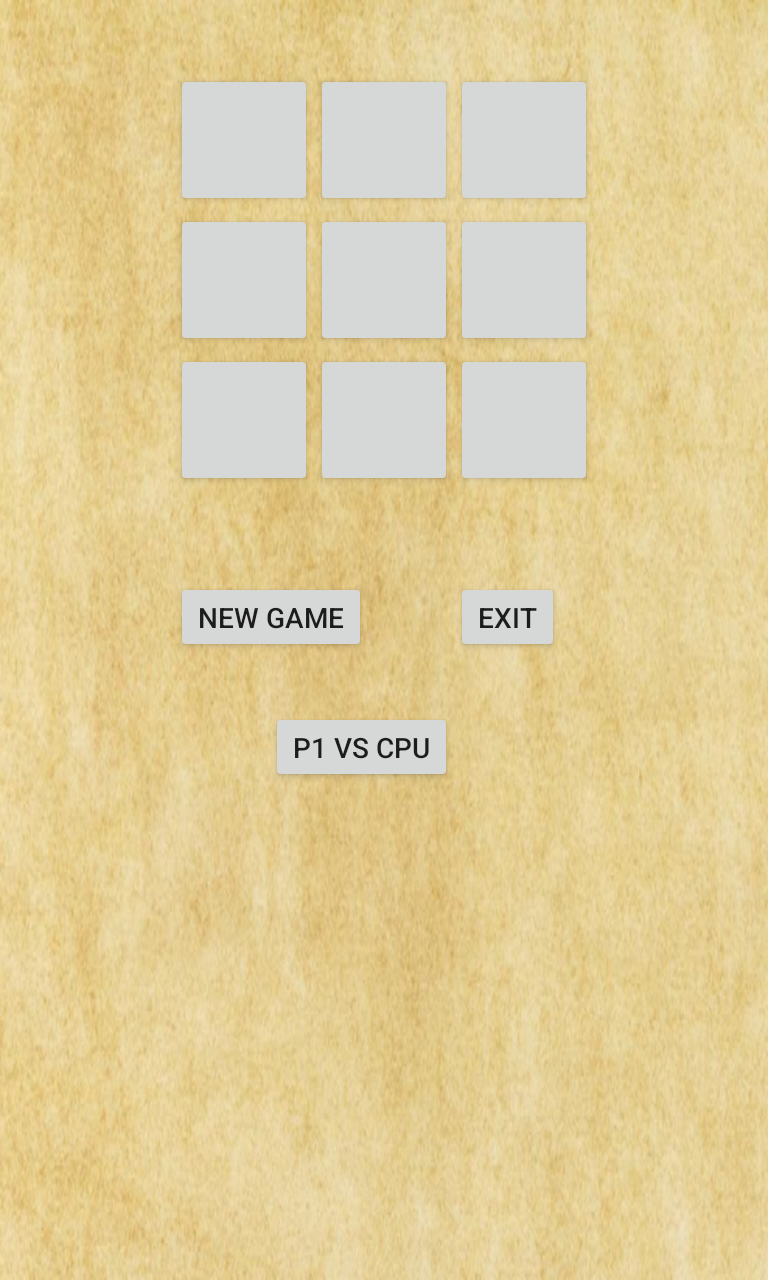
Repository: dtakiy/jogovelha
Layout: games/res/layout/activity_main.xml
These files come from the project's save history. The layout is drawn as it stood at one moment and after the next save; the edit follows.
It is drawn on a 768 x 1280 px phone screen (xhdpi) without system bars, with theme AppTheme; the app's code is not run.

Above is the layout before, as saved 2014-09-18 00:34:48.

### games/res/layout/activity_main.xml
<RelativeLayout xmlns:android="http://schemas.android.com/apk/res/android"
    xmlns:tools="http://schemas.android.com/tools"
    android:layout_width="fill_parent"
    android:layout_height="fill_parent"
    android:background="@drawable/background"
    android:paddingBottom="@dimen/activity_vertical_margin"
    android:paddingLeft="@dimen/activity_horizontal_margin"
    android:paddingRight="@dimen/activity_horizontal_margin"
    android:paddingTop="@dimen/activity_vertical_margin"
    tools:context="com.example.games.MainActivity" >


	<Button
	    android:id="@+id/quadrado6"
	    android:layout_width="wrap_content"
	    android:layout_height="wrap_content"
	    android:layout_alignBaseline="@+id/quadrado5"
	    android:layout_alignBottom="@+id/quadrado5"
	    android:layout_toRightOf="@+id/quadrado5"
	    android:minHeight="70dip"
	    android:minWidth="70dip" />

	<Button
	    android:id="@+id/quadrado8"
	    android:layout_width="wrap_content"
	    android:layout_height="wrap_content"
	    android:layout_alignBaseline="@+id/quadrado7"
	    android:layout_alignBottom="@+id/quadrado7"
	    android:layout_toRightOf="@+id/quadrado4"
	    android:minHeight="70dip"
	    android:minWidth="70dip" />

	<Button
	    android:id="@+id/quadrado3"
	    android:layout_width="wrap_content"
	    android:layout_height="wrap_content"
	    android:layout_alignLeft="@+id/quadrado9"
	    android:layout_below="@+id/quadrado5"
	    android:minHeight="70dip"
	    android:minWidth="70dip" />

	<Button
	    android:id="@+id/quadrado5"
	    android:layout_width="wrap_content"
	    android:layout_height="wrap_content"
	    android:layout_below="@+id/quadrado1"
	    android:layout_toRightOf="@+id/quadrado1"
	    android:minHeight="70dip"
	    android:minWidth="70dip" />

	<Button
	    android:id="@+id/quadrado2"
	    android:layout_width="wrap_content"
	    android:layout_height="wrap_content"
	    android:layout_alignBaseline="@+id/quadrado9"
	    android:layout_alignBottom="@+id/quadrado9"
	    android:layout_centerHorizontal="true"
	    android:minHeight="70dip"
	    android:minWidth="70dip" />

	<Button
	    android:id="@+id/quadrado1"
	    android:layout_width="wrap_content"
	    android:layout_height="wrap_content"
	    android:layout_alignBaseline="@+id/quadrado2"
	    android:layout_alignBottom="@+id/quadrado2"
	    android:layout_toLeftOf="@+id/quadrado2"
	    android:minHeight="70dip"
	    android:minWidth="70dip" />

	<Button
	    android:id="@+id/quadrado9"
	    android:layout_width="wrap_content"
	    android:layout_height="wrap_content"
	    android:layout_alignTop="@+id/camporesultado"
	    android:layout_marginTop="19dp"
	    android:layout_toRightOf="@+id/quadrado2"
	    android:minHeight="70dip"
	    android:minWidth="70dip" />

	<Button
	    android:id="@+id/quadrado4"
	    android:layout_width="wrap_content"
	    android:layout_height="wrap_content"
	    android:layout_above="@+id/quadrado3"
	    android:layout_toLeftOf="@+id/quadrado5"
	    android:minHeight="70dip"
	    android:minWidth="70dip" />

	<Button
	    android:id="@+id/quadrado7"
	    android:layout_width="wrap_content"
	    android:layout_height="wrap_content"
	    android:layout_alignBaseline="@+id/quadrado3"
	    android:layout_alignBottom="@+id/quadrado3"
	    android:layout_toLeftOf="@+id/quadrado8"
	    android:minHeight="70dip"
	    android:minWidth="70dip" />

		<Button
		    android:id="@+id/newgame"
		    android:layout_width="wrap_content"
		    android:layout_height="wrap_content"
		    android:layout_alignBaseline="@+id/sair"
		    android:layout_alignBottom="@+id/sair"
		    android:layout_alignLeft="@+id/quadrado7"
		    android:minHeight="20dip"
		    android:minWidth="20dip"
		    android:text="@string/newgame" />

		<Button
		    android:id="@+id/sair"
		    android:layout_width="wrap_content"
		    android:layout_height="wrap_content"
		    android:layout_alignLeft="@+id/quadrado3"
		    android:layout_below="@+id/quadrado3"
		    android:layout_marginTop="44dp"
		    android:minHeight="20dip"
		    android:minWidth="20dip"
		    android:text="@string/sair" />

	  <Button
	      android:id="@+id/p1"
	      android:layout_width="wrap_content"
	      android:layout_height="wrap_content"
	      android:layout_below="@+id/newgame"
	      android:layout_marginTop="26dp"
	      android:layout_toLeftOf="@+id/sair"
	      android:minHeight="20dip"
	      android:minWidth="20dip"
	      android:text="@string/p1" />

</RelativeLayout>

### games/res/values/strings.xml
<?xml version="1.0" encoding="utf-8"?>
<resources>

    <string name="app_name">Tic Tac Game</string>
    <string name="hello_world">Welcome to Tic Tac Game</string>
    <string name="action_settings">Settings</string>
    <string name="sair">Exit</string>
    <string name="newgame">New Game</string>
    <string name="p1">P1 Vs CPU</string>

</resources>

Loaded but not shown: games/res/values/styles.xml (common file); games/res/values-v11/styles.xml (common file); games/res/values-v14/styles.xml (common file); games/res/values/dimens.xml (common file); games/res/values-w820dp/dimens.xml (common file)

After the next save:
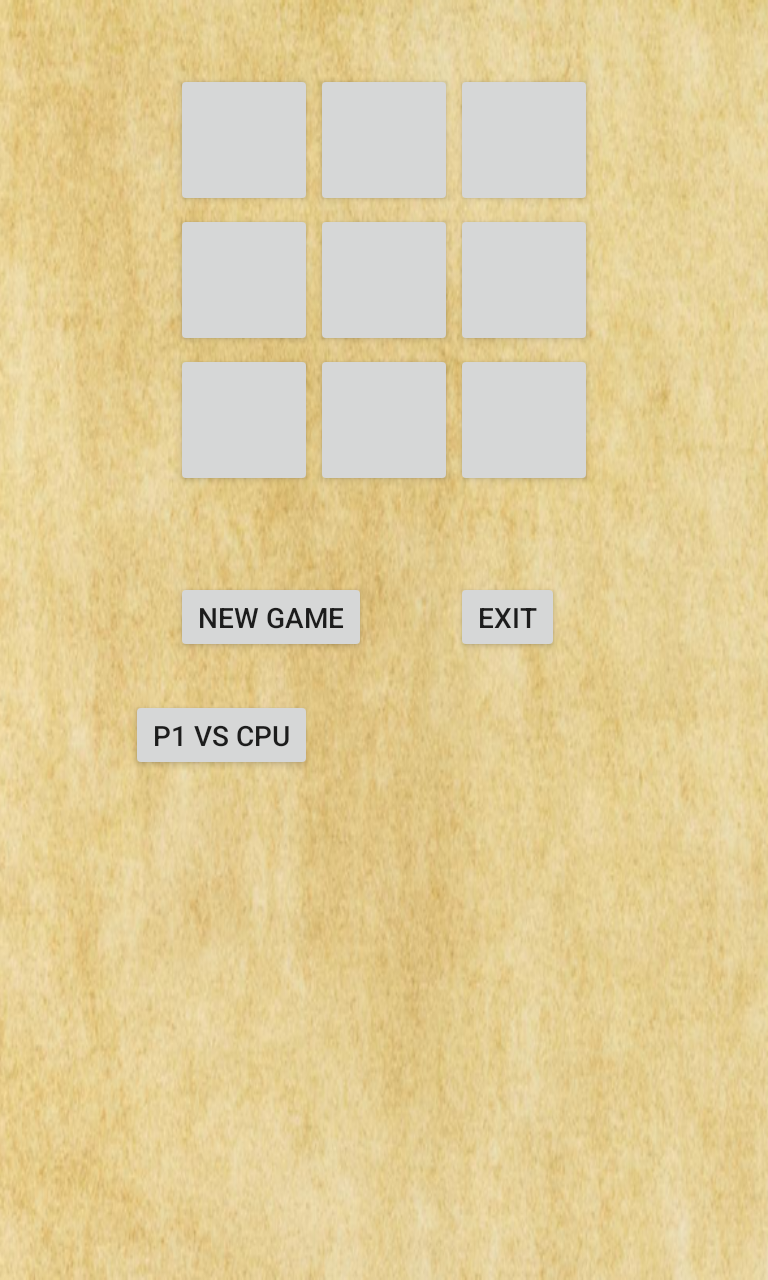
Saved 85 s later.
--- a/games/res/layout/activity_main.xml
+++ b/games/res/layout/activity_main.xml
@@ -124,8 +124,8 @@
 	      android:layout_width="wrap_content"
 	      android:layout_height="wrap_content"
 	      android:layout_below="@+id/newgame"
-	      android:layout_marginTop="26dp"
-	      android:layout_toLeftOf="@+id/sair"
+	      android:layout_marginTop="20dp"
+	      android:layout_toLeftOf="@+id/quadrado8"
 	      android:minHeight="20dip"
 	      android:minWidth="20dip"
 	      android:text="@string/p1" />
